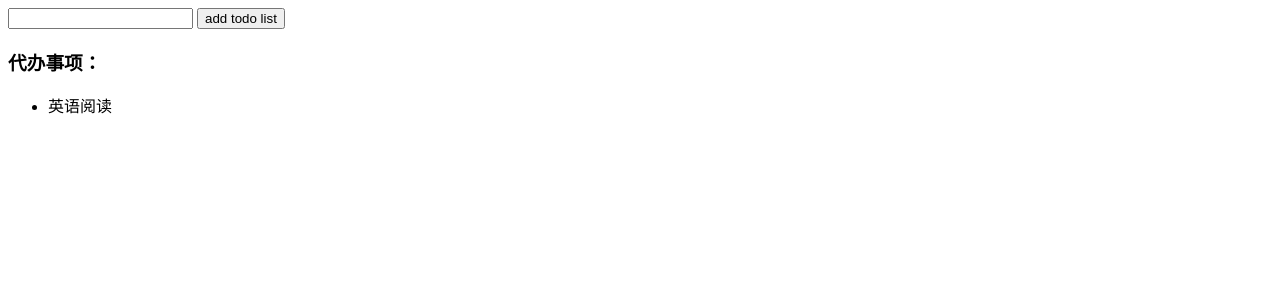
Repository: dengshasha/redux-study
Page: src/index.html
The author's editor kept a copy of each file at every save. The page is drawn from the files as they stood at one save, then again after the next save.
The browser window is 1280 px wide. The pictures show the whole page.

Above is the page before, as saved 2021-02-26 22:49:02.

After the next save:
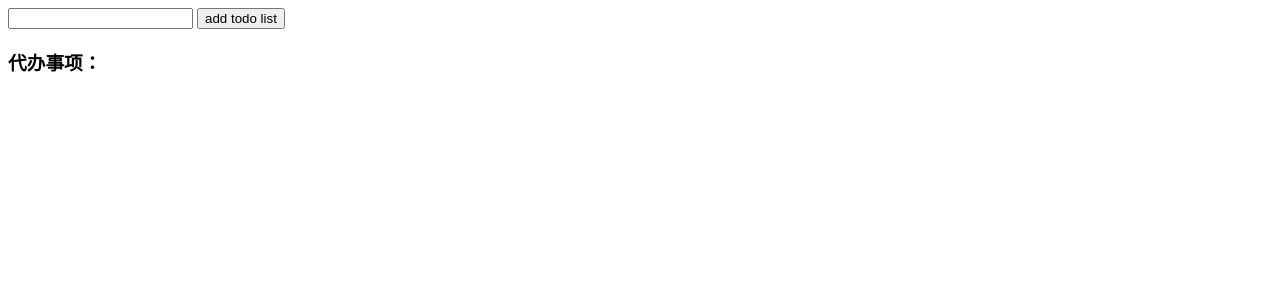
Console error: TypeError: reducer is not a function
Saved 11 s later.
--- a/src/reducer.js
+++ b/src/reducer.js
@@ -20,4 +20,7 @@ function counter(state=0, action) {
     }
 }
 
-export default todoList
+export default {
+    todoList,
+    counter
+}
